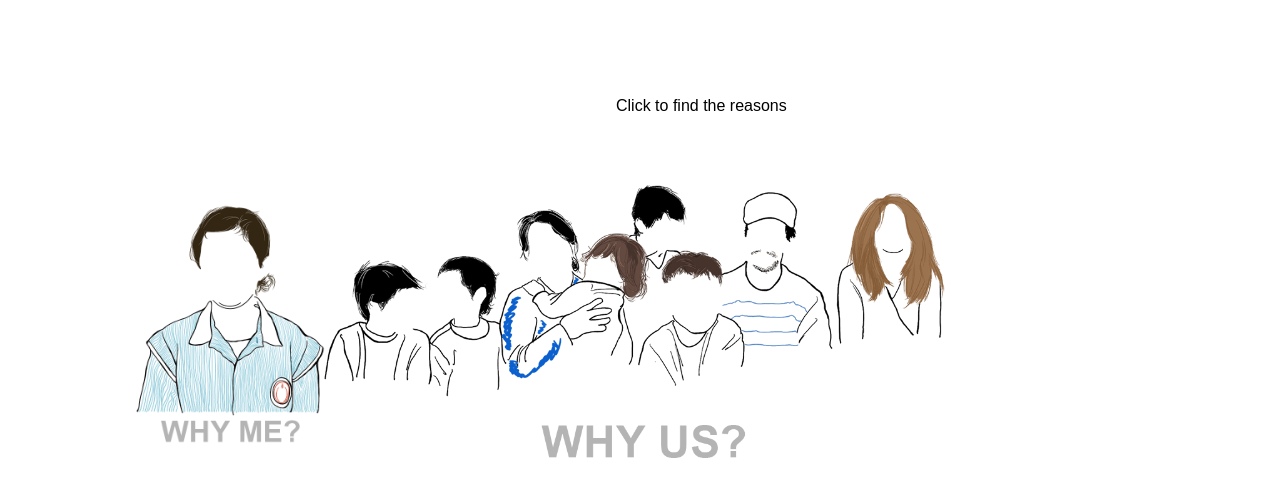
Repository: Lettie123/webpr4
Page: 04.html
An editor plug-in stored every save of this project. The page is shown before and after the next save, followed by the edit.
The browser window is 1280 px wide. The pictures show the whole page.
The pointer rests on the first visible `#r02`.

Above is the page before, as saved 2020-11-24 00:15:48.

### 04.html
<html>
    <head>
        <meta charset="UTF-8">
        <meta name="viewport" content="width=device-width,initial-scale=1" />
        <meta name="viewport" content="width=device-width,initial-scale=1.0,maximum-scale=1.0,user-scalable=no">
        <link rel="stylesheet" type="text/css" href="style05.css">

    </head>

    <body>
        <div id="r01">
            <span>
                <img src="pepic/r01.png" style="width:100%" >
            </span>
        </div>

        <div id="r02">
            <span>
                <img src="pepic/r02.png" style="width:100%">
            </span>
        </div>

        <div id="txt">
            <div id="t1" style= "position:absolute; top: 25%; left: 38%;">
            <h1 style="font-size:16px; font-weight: normal; line-height: 24px;">
                Click to find the reasons
            </h1>
            </div>
         </div>

         <!-- <script>
            function cl01(){
                document.getElementById("r01").style.width="110%";
            }
        </script> -->
    </body>

### style05.css
body {
	overflow:scroll;
    overflow-y:hidden;
    overflow-x:hidden;
}

#r01{
    width: 250px;
    height: 250px;
	position: absolute;
	left: 18%;
	top: 45%;
    transform: translate(-50%,-50%);
    color: #B4B4B4;
}
#r01:hover {
    width: 400px;
    height: 400px;
}
#r02{
    width: 500px;
    height: 500px;
	position: absolute;
	left: 50%;
	top: 58%;
    transform: translate(-50%,-50%);
    color: #B4B4B4;
}
#r02:hover {
    width: 650px;
    height: 650px;
}
#txt{
    height:300px;
    width:1600px;
    text-align: center;
	border-radius: 10px;
	position: absolute;
    font-family: Arial;
    color:black;
}

After the next save:
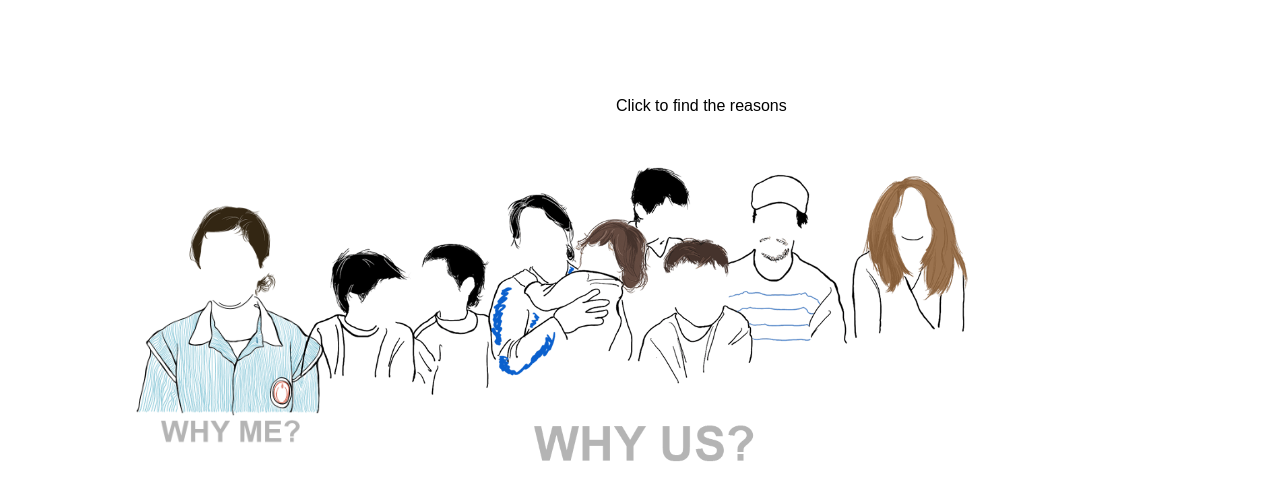
Saved 14 s later.
--- a/style05.css
+++ b/style05.css
@@ -27,8 +27,8 @@ body {
     color: #B4B4B4;
 }
 #r02:hover {
-    width: 650px;
-    height: 650px;
+    width: 700px;
+    height: 700px;
 }
 #txt{
     height:300px;
